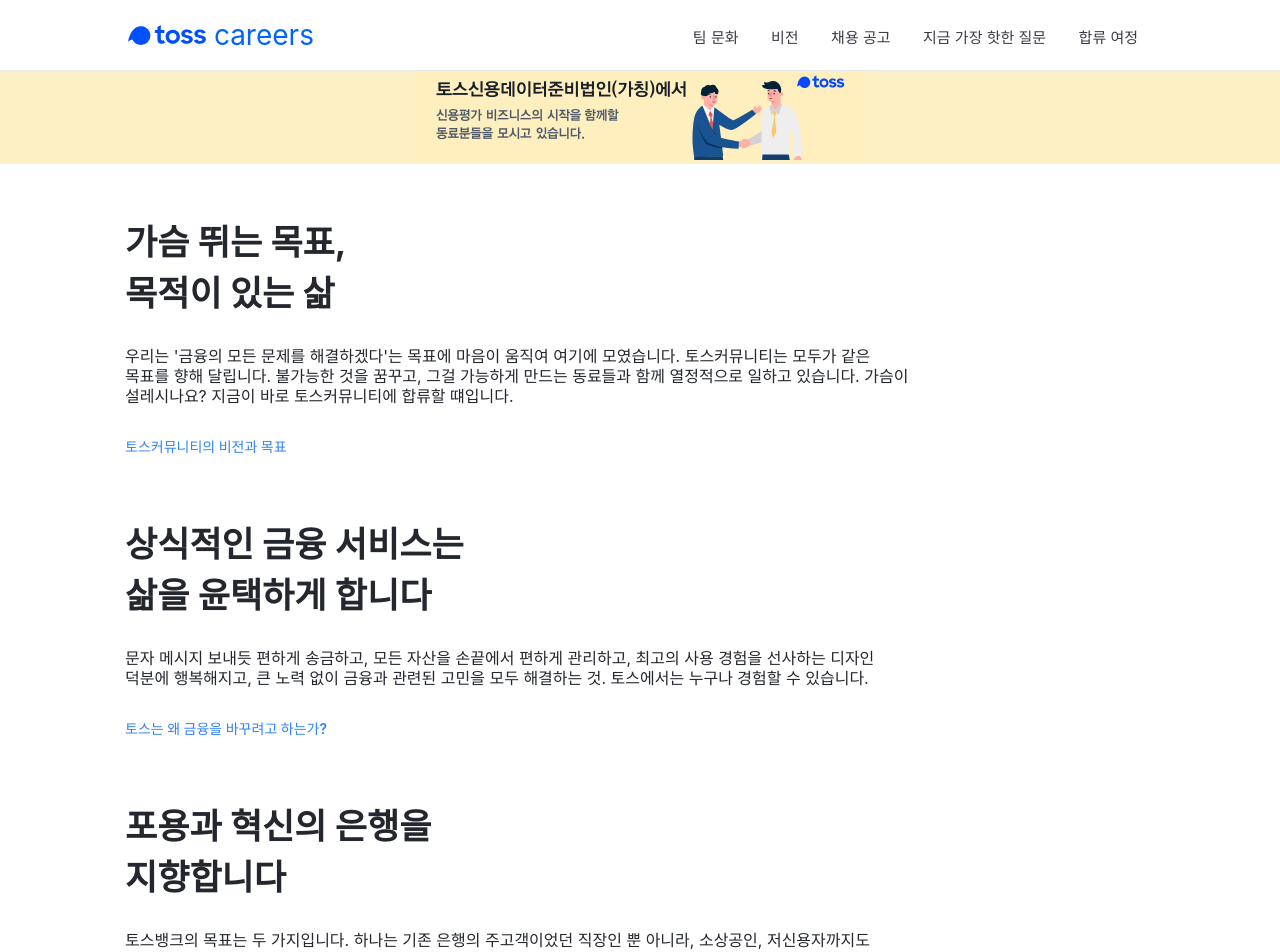
Repository: Tossproject/tossProject
Page: common/career_job.html
The author's editor kept a copy of each file at every save. The page is drawn from the files as they stood at one save, then again after the next save.
The browser window is 1280 px wide. The pictures show the part of the page from y = 0 to 952 px (the page is 4561 px tall before and 2165 px after).
Pictures or frames that could not be fetched are drawn as grey boxes. A picture or video elsewhere on the page could not be fetched, so the positions and the page height are approximate.

Above is the page before, as saved 2022-01-19 00:52:09.

After the next save:
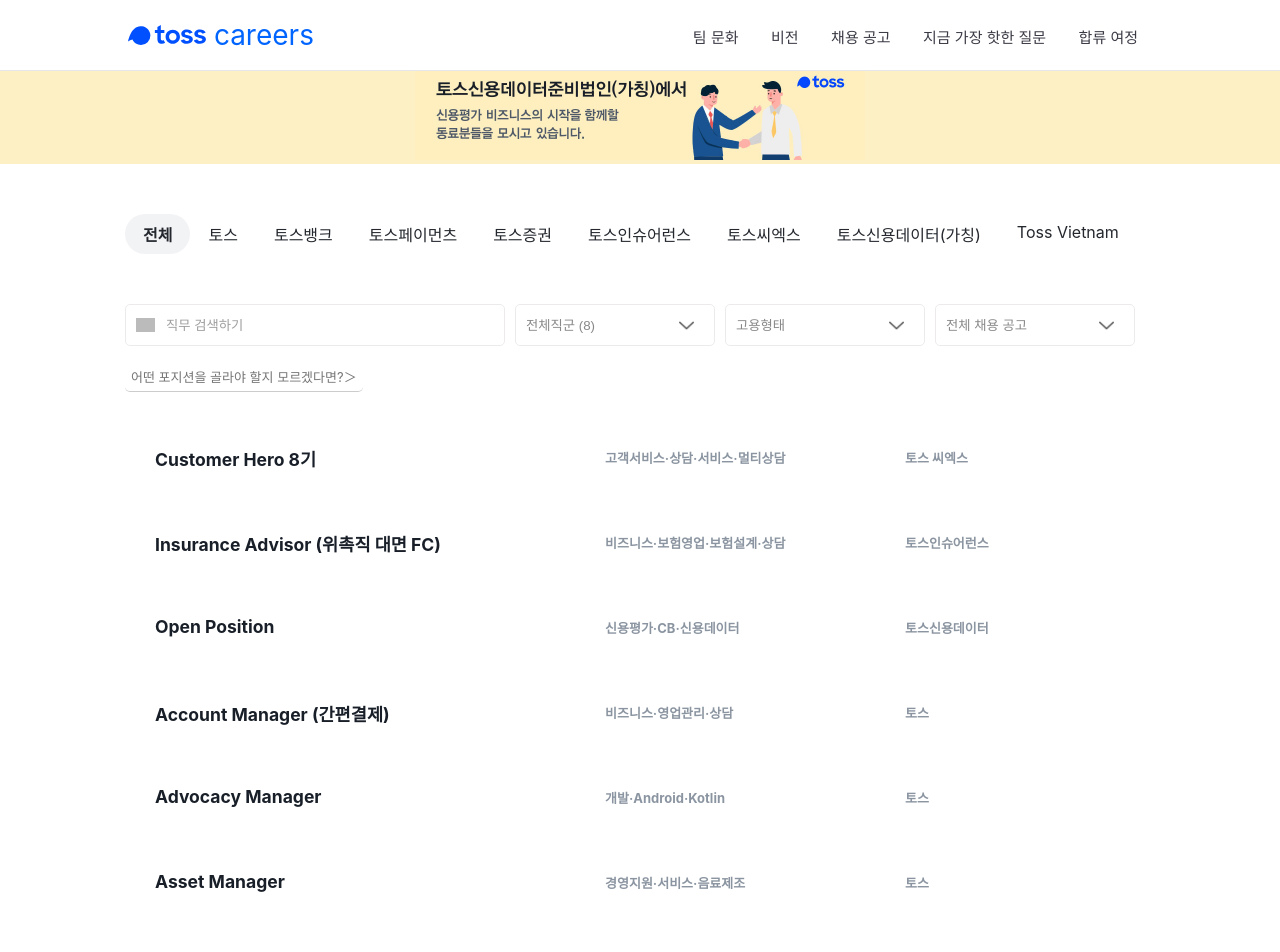
Saved 108 s later.
--- a/css/career_job.css
+++ b/css/career_job.css
@@ -38,6 +38,7 @@
 }
 .goal-text {
   margin-bottom: 60px;
+  display: none;
 }
 .goal-text h1 {
   font-size: 35px;
@@ -58,9 +59,6 @@
 }
 .goal-text a:hover {
   color: rgb(40, 40, 199);
-}
-.goal-invisible {
-  display: none;
 }
 .list ul {
   display: flex;
